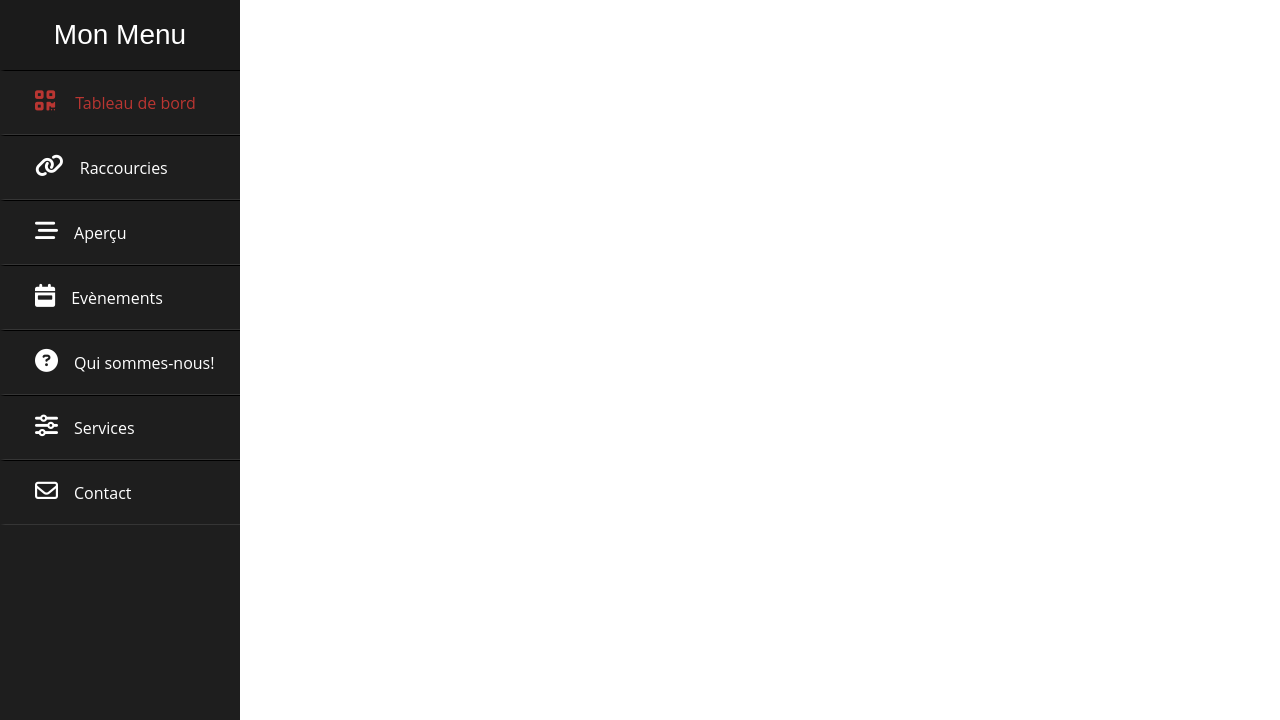
Repository: Alex-Serky/Dossier-Nav
Page: Nav-Responsive/index.html
An editor plug-in stored every save of this project. The page is shown before and after the next save, followed by the edit.
The browser window is 1280 px wide. The pictures show the whole page.
Some web fonts or font styles are not loaded; a fallback is used. Some web libraries are served in a nearby version.

Above is the page before, as saved 2020-02-21 21:11:16.

After the next save:
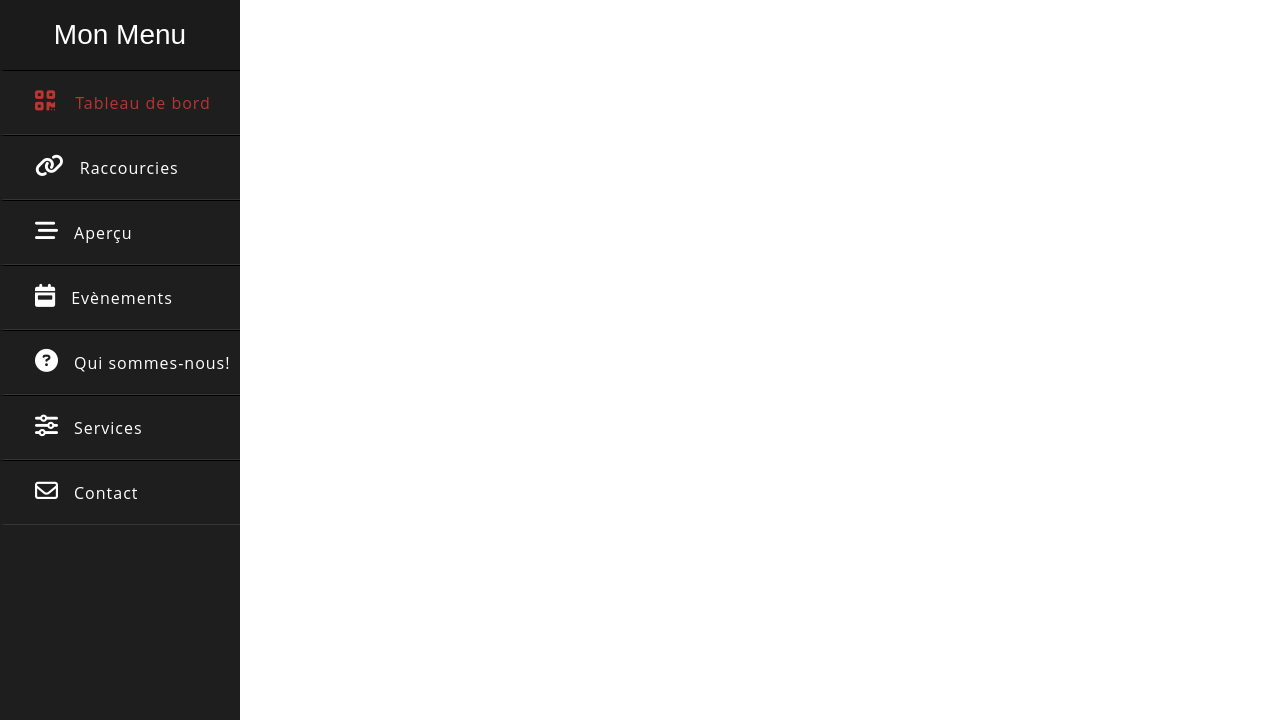
Saved 74 s later.
--- a/Nav-Responsive/style.css
+++ b/Nav-Responsive/style.css
@@ -47,3 +47,8 @@ a.active {
     font-size: 23px;
     margin-right: 16px;
 }
+
+.sidebar a span {
+    letter-spacing: 1px;
+
+}
